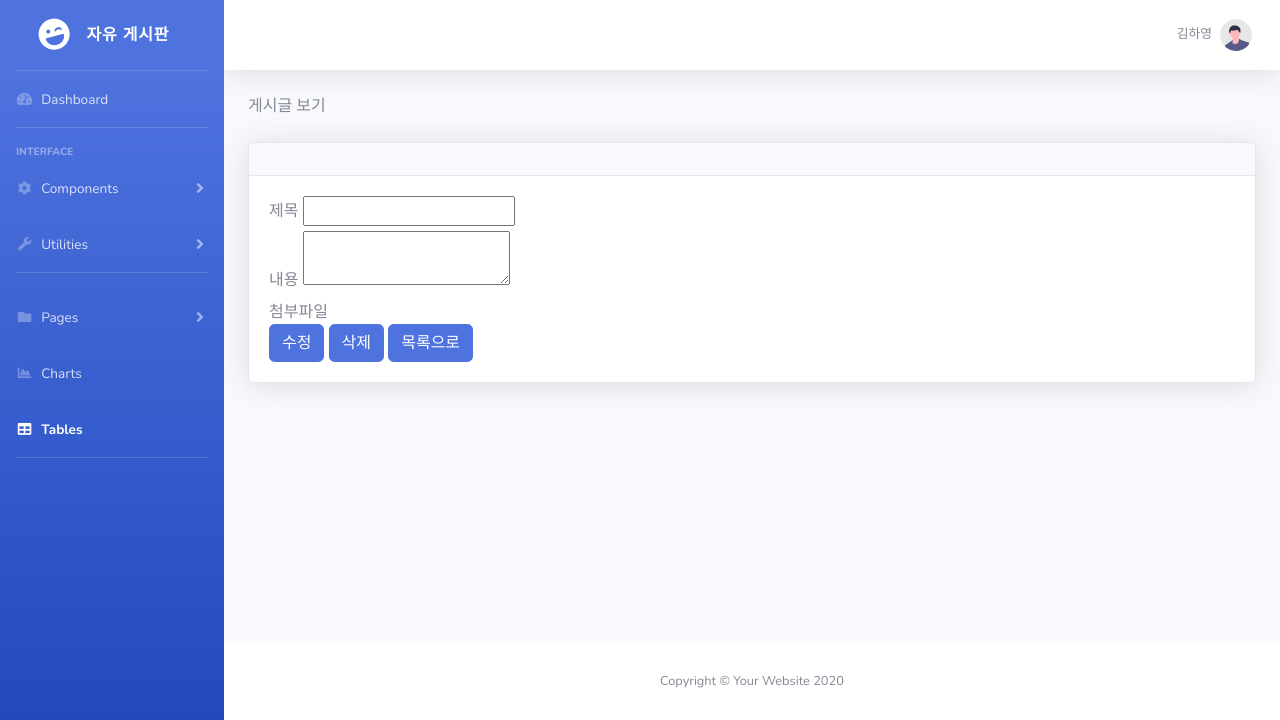
Repository: kimhayoungee/restBoard
Page: http://localhost/board/WEB-INF/views/board/detail.jsp
An editor plug-in stored every save of this project. The page is shown before and after the next save, followed by the edit.
The browser window is 1280 px wide. The pictures show the whole page.
The page is served by Tomcat 9. Nobody is signed in. The template is opened directly, without the code that normally fills it, so the values that code supplies are empty.

Above is the page before, as saved 2021-03-04 12:19:44.

After the next save:
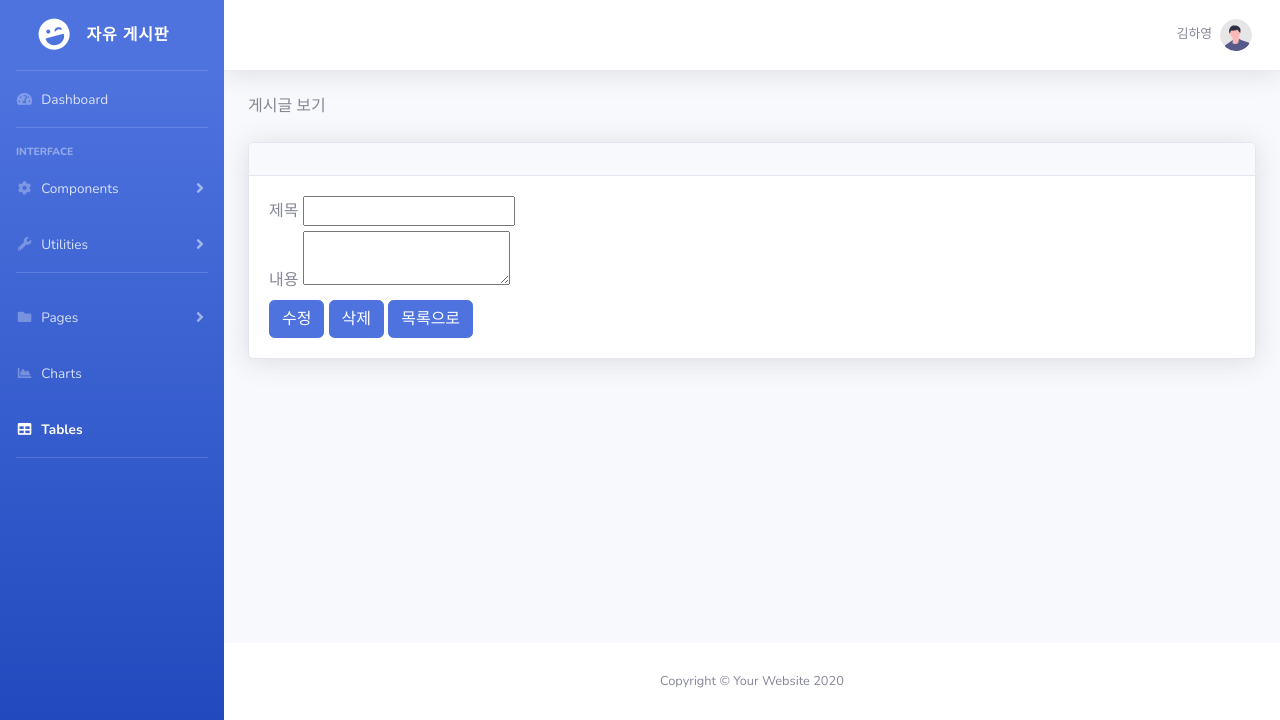
Saved 12 s later.
--- a/board/src/main/webapp/WEB-INF/views/board/detail.jsp
+++ b/board/src/main/webapp/WEB-INF/views/board/detail.jsp
@@ -225,7 +225,6 @@
 
                          <form action="/board/detail" method="post">
                         	<input type="hidden" name='bno' value='<c:out value="${bvo.bno}"/>'>
-                        	<div>첨부파일</div>
                         	<button type="submit" data-oper='modify' class="btn btn-primary">수정</button>
                         	<button type="submit" data-oper='remove' class="btn btn-primary">삭제</button>
                         	<button type="submit" data-oper='list' class="btn btn-primary">목록으로</button>
